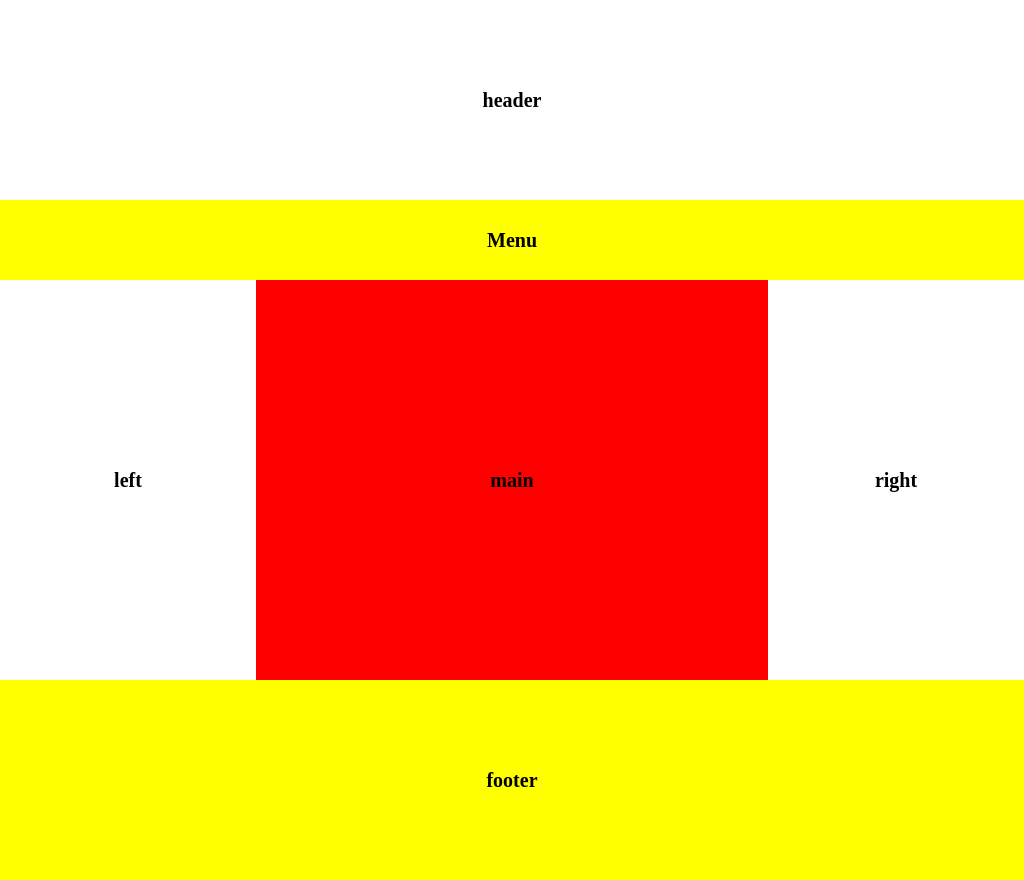
Repository: Nghia19/WEB20022-_00
Page: HTML5_CSS3/bai-1.html
The author's editor kept a copy of each file at every save. The page is drawn from the files as they stood at one save, then again after the next save.
The browser window is 1024 px wide. The pictures show the whole page.

Above is the page before, as saved 2021-06-26 13:07:20.

### HTML5_CSS3/bai-1.html
<!DOCTYPE html>
<html lang="en">
<head>
  <meta charset="UTF-8">
  <meta http-equiv="X-UA-Compatible" content="IE=edge">
  <meta name="viewport" content="width=device-width, initial-scale=1.0">
  <title>Bài 1</title>
  <link rel="stylesheet" href="./css/style.css">
</head>
<body>
  <div class="container">
  <header>header</header>
  <nav>Menu</nav>
  <aside class="left">left</aside>
  <main>main</main>
  <aside class="right">right</aside>
  <footer>footer</footer>
</div>
</body>
</html>

### HTML5_CSS3/css/style.css
*{
  margin: 0;
  padding: 0;
  box-sizing: border-box;
}
.container{
  width: 100%;
  max-width: 1280px;
  margin: 0 auto;
  display: grid;
  grid-template-columns: 25% 50% 25%;
  grid-template-rows: 200px 80px 400px 200px;
  /* border: 1px solid #000; */
}
header, nav, main, aside, footer{
  display: flex;
  justify-content: center;
  align-items: center;
  font-size: 20px;
  font-weight: bold;
}
header {
  grid-column: 1/4;
}
nav{
  background-color: yellow;
  grid-column: 1/4;
}
main{
  background-color: red;
}
footer{
  background-color: yellow;
  grid-column: 1/4;
}

@media (max-width: 1024) {
  header, .left{
    display: none;
  }

After the next save:
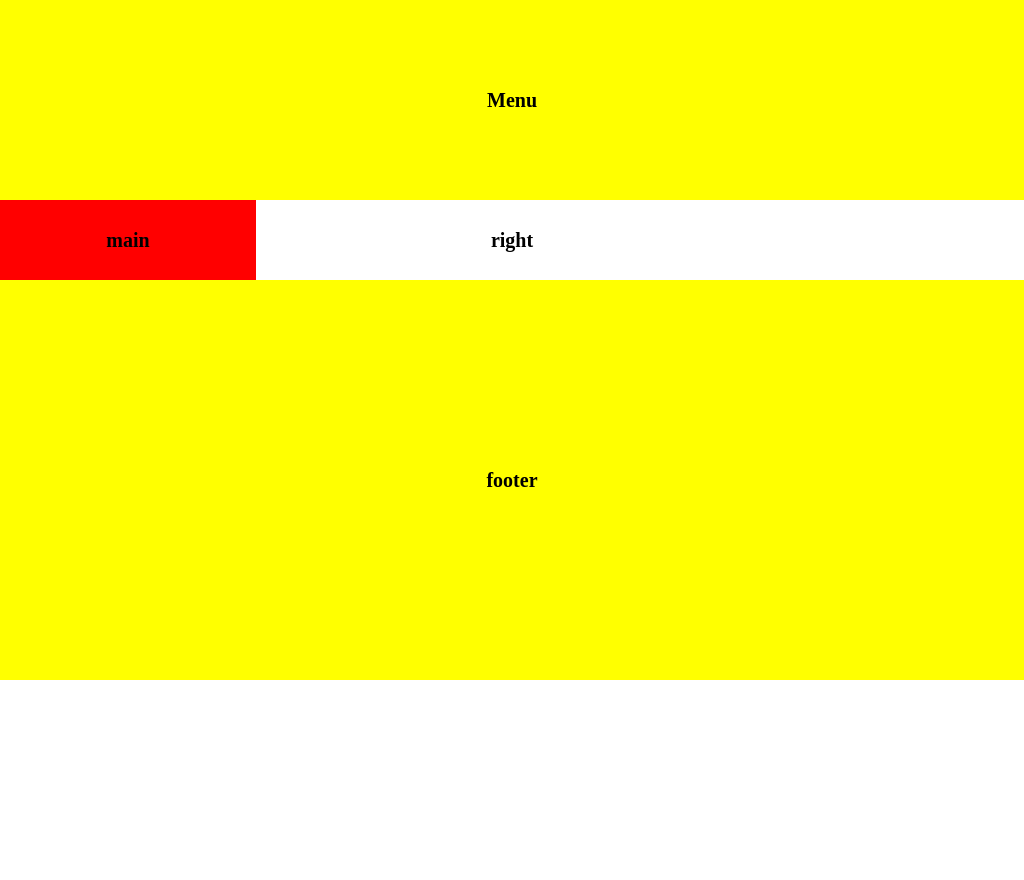
Saved 19 s later.
--- a/HTML5_CSS3/css/style.css
+++ b/HTML5_CSS3/css/style.css
@@ -34,7 +34,7 @@
   grid-column: 1/4;
 }
 
-@media (max-width: 1024) {
+@media (max-width: 1024px) {
   header, .left{
     display: none;
   }
